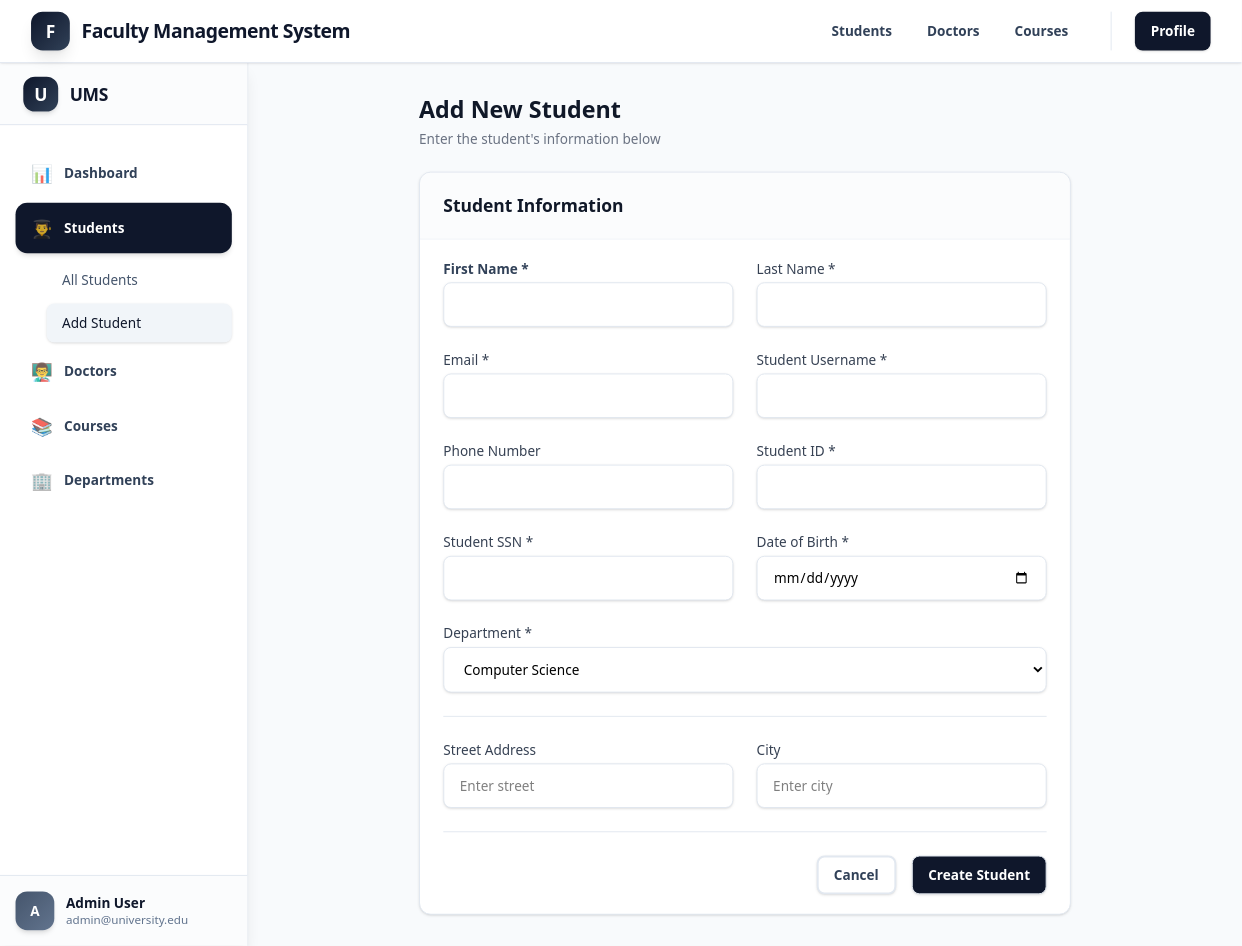
Repository: Mohamedmohsen179/Advanced-DB-Task
Page: /students/new (app in frontend/)
An editor plug-in stored every save of this project. The page is shown before and after a run of saves, followed by the edit.
The browser window is 1280 px wide. The pictures show the whole page, at 97% of full size.
The project was rebuilt for these pictures with package versions that can differ from the ones it lists, and the page was loaded fresh each time. The framework's server and built-in components were replaced by stand-ins that run in the browser. Settings that the repository does not hold, such as keys and server addresses, were given made-up values. Also part of the build but not shown: frontend/next.config.ts.

Above is the page before, as saved 2025-11-28 19:45:38.

### frontend/app/layout.tsx
import type { Metadata } from "next";
import { Geist, Geist_Mono } from "next/font/google";
import "./globals.css";
import MainLayout from "../components/layout/MainLayout";

const geistSans = Geist({
  variable: "--font-geist-sans",
  subsets: ["latin"],
});

const geistMono = Geist_Mono({
  variable: "--font-geist-mono",
  subsets: ["latin"],
});

export const metadata: Metadata = {
  title: "University Management System",
  description: "A comprehensive university management system built with Next.js and TypeScript",
};

export default function RootLayout({
  children,
}: Readonly<{
  children: React.ReactNode;
}>) {
  return (
    <html lang="en">
      <body
        className={`${geistSans.variable} ${geistMono.variable} antialiased`}
      >
        <MainLayout>{children}</MainLayout>
      </body>
    </html>
  );
}

### frontend/app/students/new/page.tsx
'use client';

import { useState } from 'react';
import { useRouter } from 'next/navigation';
import { CreateStudentRequest } from '../../../types';
import { apiService } from '../../../services/api';
import { Card, CardContent, CardHeader } from '../../../components/ui/Card';
import Button from '../../../components/ui/Button';

export default function NewStudentPage() {
  const router = useRouter();
  const [loading, setLoading] = useState(false);
  const [error, setError] = useState<string | null>(null);

  const [formData, setFormData] = useState<CreateStudentRequest>({
    firstName: '',
    lastName: '',
    email: '',
    phoneNumber: '',
    dateOfBirth: '',
    studentId: '',
    departmentId: '1', // Default to first department
    address: {
      street: '',
      city: '',
      state: '',
      zipCode: '',
      country: 'USA',
    },
  });

  const handleInputChange = (e: React.ChangeEvent<HTMLInputElement | HTMLSelectElement>) => {
    const { name, value } = e.target;

    if (name.startsWith('address.')) {
      const addressField = name.split('.')[1];
      setFormData(prev => ({
        ...prev,
        address: {
          ...prev.address,
          [addressField]: value,
        },
      }));
    } else {
      setFormData(prev => ({
        ...prev,
        [name]: value,
      }));
    }
  };

  const handleSubmit = async (e: React.FormEvent) => {
    e.preventDefault();
    setLoading(true);
    setError(null);

    try {
      const response = await apiService.createStudent(formData);

      if (response.success) {
        router.push('/students');
      } else {
        setError('Failed to create student');
      }
    } catch (err) {
      setError('An error occurred while creating the student');
      console.error('Error creating student:', err);
    } finally {
      setLoading(false);
    }
  };

  return (
    <div className="max-w-2xl mx-auto">
      <div className="mb-6">
        <h1 className="text-2xl font-bold text-gray-900">Add New Student</h1>
        <p className="mt-1 text-sm text-gray-500">
          Enter the student&apos;s information below
        </p>
      </div>

      {error && (
        <div className="mb-6 bg-red-50 border border-red-200 rounded-md p-4">
          <div className="flex">
            <div className="flex-shrink-0">
              <svg className="h-5 w-5 text-red-400" viewBox="0 0 20 20" fill="currentColor">
                <path fillRule="evenodd" d="M10 18a8 8 0 100-16 8 8 0 000 16zM8.707 7.293a1 1 0 00-1.414 1.414L8.586 10l-1.293 1.293a1 1 0 101.414 1.414L10 11.414l1.293 1.293a1 1 0 001.414-1.414L11.414 10l1.293-1.293a1 1 0 00-1.414-1.414L10 8.586 8.707 7.293z" clipRule="evenodd" />
              </svg>
            </div>
            <div className="ml-3">
              <h3 className="text-sm font-medium text-red-800">Error</h3>
              <div className="mt-2 text-sm text-red-700">
                <p>{error}</p>
              </div>
            </div>
          </div>
        </div>
      )}

      <Card>
        <CardHeader>
          <h2 className="text-lg font-semibold text-gray-900">Student Information</h2>
        </CardHeader>
        <CardContent>
          <form onSubmit={handleSubmit} className="space-y-6">
            <div className="grid grid-cols-1 md:grid-cols-2 gap-6">
              <div>
                <label htmlFor="firstName" className="block text-sm font-semibold text-slate-700">
                  First Name *
                </label>
                <input
                  type="text"
                  id="firstName"
                  name="firstName"
                  required
                  value={formData.firstName}
                  onChange={handleInputChange}
                  className="text-black mt-1 block w-full border border-slate-300 rounded-lg px-4 py-3 text-sm focus:outline-none focus:ring-2 focus:ring-slate-500 focus:border-slate-500 transition-all duration-200 bg-white shadow-sm"
                />
              </div>

              <div>
                <label htmlFor="lastName" className="block text-sm font-medium text-gray-700">
                  Last Name *
                </label>
                <input
                  type="text"
                  id="lastName"
                  name="lastName"
                  required
                  value={formData.lastName}
                  onChange={handleInputChange}
                  className="text-black mt-1 block w-full border border-slate-300 rounded-lg px-4 py-3 text-sm focus:outline-none focus:ring-2 focus:ring-slate-500 focus:border-slate-500 transition-all duration-200 bg-white shadow-sm"
                />
              </div>

              <div>
                <label htmlFor="email" className="block text-sm font-medium text-gray-700">
                  Email *
                </label>
                <input
                  type="email"
                  id="email"
                  name="email"
                  required
                  value={formData.email}
                  onChange={handleInputChange}
                  className="text-black mt-1 block w-full border border-slate-300 rounded-lg px-4 py-3 text-sm focus:outline-none focus:ring-2 focus:ring-slate-500 focus:border-slate-500 transition-all duration-200 bg-white shadow-sm"
                />
              </div>

              <div>
                <label
                  htmlFor="studentUsername"
                  className="block text-sm font-medium text-gray-700"
                >
                  Student Username *
                </label>
                <input
                  type="text"
                  id="studentUsername"
                  name="studentUsername"
                  required
                  value={formData.username}
                  onChange={handleInputChange}
                  className="text-black mt-1 block w-full border border-slate-300 rounded-lg px-4 py-3 text-sm
           focus:outline-none focus:ring-2 focus:ring-slate-500 focus:border-slate-500
           transition-all duration-200 bg-white shadow-sm"
                />
              </div>


              <div>
                <label htmlFor="phoneNumber" className="block text-sm font-medium text-gray-700">
                  Phone Number
                </label>
                <input
                  type="tel"
                  id="phoneNumber"
                  name="phoneNumber"
                  value={formData.phoneNumber}
                  onChange={handleInputChange}
                  className="text-black mt-1 block w-full border border-slate-300 rounded-lg px-4 py-3 text-sm focus:outline-none focus:ring-2 focus:ring-slate-500 focus:border-slate-500 transition-all duration-200 bg-white shadow-sm"
                />
              </div>

              <div>
                <label htmlFor="studentId" className="block text-sm font-medium text-gray-700">
                  Student ID *
                </label>
                <input
                  type="text"
                  id="studentId"
                  name="studentId"
                  required
                  value={formData.studentId}
                  onChange={handleInputChange}
                  className="text-black mt-1 block w-full border border-slate-300 rounded-lg px-4 py-3 text-sm focus:outline-none focus:ring-2 focus:ring-slate-500 focus:border-slate-500 transition-all duration-200 bg-white shadow-sm"
                />
              </div>


              <div>
                <label htmlFor="studentSsn" className="block text-sm font-medium text-gray-700">
                  Student SSN *
                </label>
                <input
                  type="text"
                  id="studentSsn"
                  name="studentSsn"
                  required
                  value={formData.ssn}
                  onChange={handleInputChange}
                  className="text-black mt-1 block w-full border border-slate-300 rounded-lg px-4 py-3 text-sm focus:outline-none focus:ring-2 focus:ring-slate-500 focus:border-slate-500 transition-all duration-200 bg-white shadow-sm"
                />
              </div>

              <div>
                <label htmlFor="dateOfBirth" className="block text-sm font-medium text-gray-700">
                  Date of Birth *
                </label>
                <input
                  type="date"
                  id="dateOfBirth"
                  name="dateOfBirth"
                  required
                  value={formData.dateOfBirth}
                  onChange={handleInputChange}
                  className="text-black mt-1 block w-full border border-slate-300 rounded-lg px-4 py-3 text-sm focus:outline-none focus:ring-2 focus:ring-slate-500 focus:border-slate-500 transition-all duration-200 bg-white shadow-sm"
                />
              </div>

              <div className="md:col-span-2">
                <label htmlFor="departmentId" className="block text-sm font-medium text-gray-700">
                  Department *
                </label>
                <select
                  id="departmentId"
                  name="departmentId"
                  required
                  value={formData.departmentId}
                  onChange={handleInputChange}
                  className="text-black mt-1 block w-full border border-slate-300 rounded-lg px-4 py-3 text-sm focus:outline-none focus:ring-2 focus:ring-slate-500 focus:border-slate-500 transition-all duration-200 bg-white shadow-sm"
                >
                  <option value="1">Computer Science</option>
                  <option value="2">Mathematics</option>
                </select>
              </div>
            </div>

            <div className="border-t border-gray-200 pt-6">

              <div className="grid grid-cols-1 md:grid-cols-2 gap-6">
                <div>
                  <label
                    htmlFor="address.street"
                    className="block text-sm font-medium text-gray-700"
                  >
                    Street Address
                  </label>
                  <input
                    type="text"
                    id="address.street"
                    name="address.street"
                    value={formData.address?.street || ""}
                    onChange={handleInputChange}
                    placeholder="Enter street"
                    className="text-black mt-1 block w-full border border-slate-300 rounded-lg px-4 py-3 text-sm
        focus:outline-none focus:ring-2 focus:ring-slate-500 focus:border-slate-500
        transition-all duration-200 bg-white shadow-sm"
                  />
                </div>

                {/* City */}
                <div>
                  <label
                    htmlFor="address.city"
                    className="block text-sm font-medium text-gray-700"
                  >
                    City
                  </label>
                  <input
                    type="text"
                    id="address.city"
                    name="address.city"
                    value={formData.address?.city || ""}
                    onChange={handleInputChange}
                    placeholder="Enter city"
                    className="text-black mt-1 block w-full border border-slate-300 rounded-lg px-4 py-3 text-sm
        focus:outline-none focus:ring-2 focus:ring-slate-500 focus:border-slate-500
        transition-all duration-200 bg-white shadow-sm"
                  />
                </div>
              </div>
            </div>


            <div className="flex justify-end space-x-4 pt-6 border-t border-gray-200">
              <Button
                type="button"
                variant="outline"
                onClick={() => router.back()}
              >
                Cancel
              </Button>
              <Button
                type="submit"
                loading={loading}
              >
                Create Student
              </Button>
            </div>
          </form>
        </CardContent>
      </Card>
    </div>
  );
}

### frontend/app/globals.css
@import "tailwindcss";

:root {
  --background: #fafafa;
  --foreground: #0f172a;
  --primary: #2563eb;
  --primary-foreground: #ffffff;
  --secondary: #f1f5f9;
  --secondary-foreground: #334155;
  --muted: #f8fafc;
  --muted-foreground: #64748b;
  --accent: #f1f5f9;
  --accent-foreground: #0f172a;
  --border: #e2e8f0;
  --input: #ffffff;
  --ring: #2563eb;
  --radius: 0.5rem;
}

@theme inline {
  --color-background: var(--background);
  --color-foreground: var(--foreground);
  --font-sans: var(--font-geist-sans);
  --font-mono: var(--font-geist-mono);
}

@media (prefers-color-scheme: dark) {
  :root {
    --background: #020617;
    --foreground: #f8fafc;
    --primary: #3b82f6;
    --primary-foreground: #f8fafc;
    --secondary: #1e293b;
    --secondary-foreground: #f8fafc;
    --muted: #1e293b;
    --muted-foreground: #94a3b8;
    --accent: #1e293b;
    --accent-foreground: #f8fafc;
    --border: #334155;
    --input: #1e293b;
    --ring: #3b82f6;
  }
}

* {
  border-color: var(--border);
}

body {
  background: var(--background);
  color: var(--foreground);
  font-family: var(--font-sans), system-ui, -apple-system, sans-serif;
  line-height: 1.6;
  -webkit-font-smoothing: antialiased;
  -moz-osx-font-smoothing: grayscale;
}

/* Professional scrollbar */
::-webkit-scrollbar {
  width: 8px;
  height: 8px;
}

::-webkit-scrollbar-track {
  background: var(--muted);
}

::-webkit-scrollbar-thumb {
  background: var(--muted-foreground);
  border-radius: 4px;
}

::-webkit-scrollbar-thumb:hover {
  background: var(--foreground);
}

/* Focus styles */
.focus-visible {
  outline: 2px solid var(--ring);
  outline-offset: 2px;
}

/* Professional shadows */
.shadow-professional {
  box-shadow: 0 1px 3px 0 rgb(0 0 0 / 0.1), 0 1px 2px -1px rgb(0 0 0 / 0.1);
}

.shadow-professional-lg {
  box-shadow: 0 10px 15px -3px rgb(0 0 0 / 0.1), 0 4px 6px -4px rgb(0 0 0 / 0.1);
}

### frontend/components/layout/MainLayout.tsx
'use client';

import { useState } from 'react';
import Navbar from './Navbar';
import Sidebar from './Sidebar';

interface MainLayoutProps {
  children: React.ReactNode;
}

export default function MainLayout({ children }: MainLayoutProps) {
  const [sidebarOpen, setSidebarOpen] = useState(false);

  return (
    <div className="min-h-screen bg-slate-50">
      {/* Navbar */}
      <Navbar />

      <div className="flex">
        {/* Sidebar */}
        <Sidebar
          isOpen={sidebarOpen}
          onClose={() => setSidebarOpen(false)}
        />

        {/* Main Content */}
        <div className="flex-1 lg:ml-0">
          {/* Mobile sidebar toggle */}
          <div className="lg:hidden">
            <button
              onClick={() => setSidebarOpen(true)}
              className="fixed top-20 left-4 z-10 bg-white p-3 rounded-xl shadow-professional border border-slate-200 hover:shadow-professional-lg transition-all duration-200"
            >
              <svg className="w-5 h-5 text-slate-600" fill="none" stroke="currentColor" viewBox="0 0 24 24">
                <path strokeLinecap="round" strokeLinejoin="round" strokeWidth={2} d="M4 6h16M4 12h16M4 18h16" />
              </svg>
            </button>
          </div>

          {/* Page Content */}
          <main className="p-6 lg:p-8">
            <div className="max-w-7xl mx-auto">
              {children}
            </div>
          </main>
        </div>
      </div>
    </div>
  );
}

### frontend/components/ui/Card.tsx
import { HTMLAttributes, forwardRef } from 'react';

interface CardProps extends HTMLAttributes<HTMLDivElement> {
  children: React.ReactNode;
}

const Card = forwardRef<HTMLDivElement, CardProps>(
  ({ className = '', children, ...props }, ref) => {
    return (
      <div
        ref={ref}
        className={`bg-white rounded-xl border border-slate-200 shadow-professional hover:shadow-professional-lg transition-shadow duration-200 ${className}`}
        {...props}
      >
        {children}
      </div>
    );
  }
);

Card.displayName = 'Card';

interface CardHeaderProps extends HTMLAttributes<HTMLDivElement> {
  children: React.ReactNode;
}

const CardHeader = forwardRef<HTMLDivElement, CardHeaderProps>(
  ({ className = '', children, ...props }, ref) => {
    return (
      <div
        ref={ref}
        className={`px-6 py-5 border-b border-slate-200 bg-slate-50/50 rounded-t-xl ${className}`}
        {...props}
      >
        {children}
      </div>
    );
  }
);

CardHeader.displayName = 'CardHeader';

interface CardContentProps extends HTMLAttributes<HTMLDivElement> {
  children: React.ReactNode;
}

const CardContent = forwardRef<HTMLDivElement, CardContentProps>(
  ({ className = '', children, ...props }, ref) => {
    return (
      <div
        ref={ref}
        className={`px-6 py-5 ${className}`}
        {...props}
      >
        {children}
      </div>
    );
  }
);

CardContent.displayName = 'CardContent';

interface CardFooterProps extends HTMLAttributes<HTMLDivElement> {
  children: React.ReactNode;
}

const CardFooter = forwardRef<HTMLDivElement, CardFooterProps>(
  ({ className = '', children, ...props }, ref) => {
    return (
      <div
        ref={ref}
        className={`px-6 py-5 border-t border-slate-200 bg-slate-50 rounded-b-xl ${className}`}
        {...props}
      >
        {children}
      </div>
    );
  }
);

CardFooter.displayName = 'CardFooter';

export { Card, CardHeader, CardContent, CardFooter };

Loaded but not shown: frontend/services/api.ts (539 lines, source omitted); frontend/components/layout/Sidebar.tsx (158 lines, source omitted); frontend/components/layout/Navbar.tsx (102 lines, source omitted); frontend/components/ui/Button.tsx (47 lines, source omitted)

After the next 2 saves:
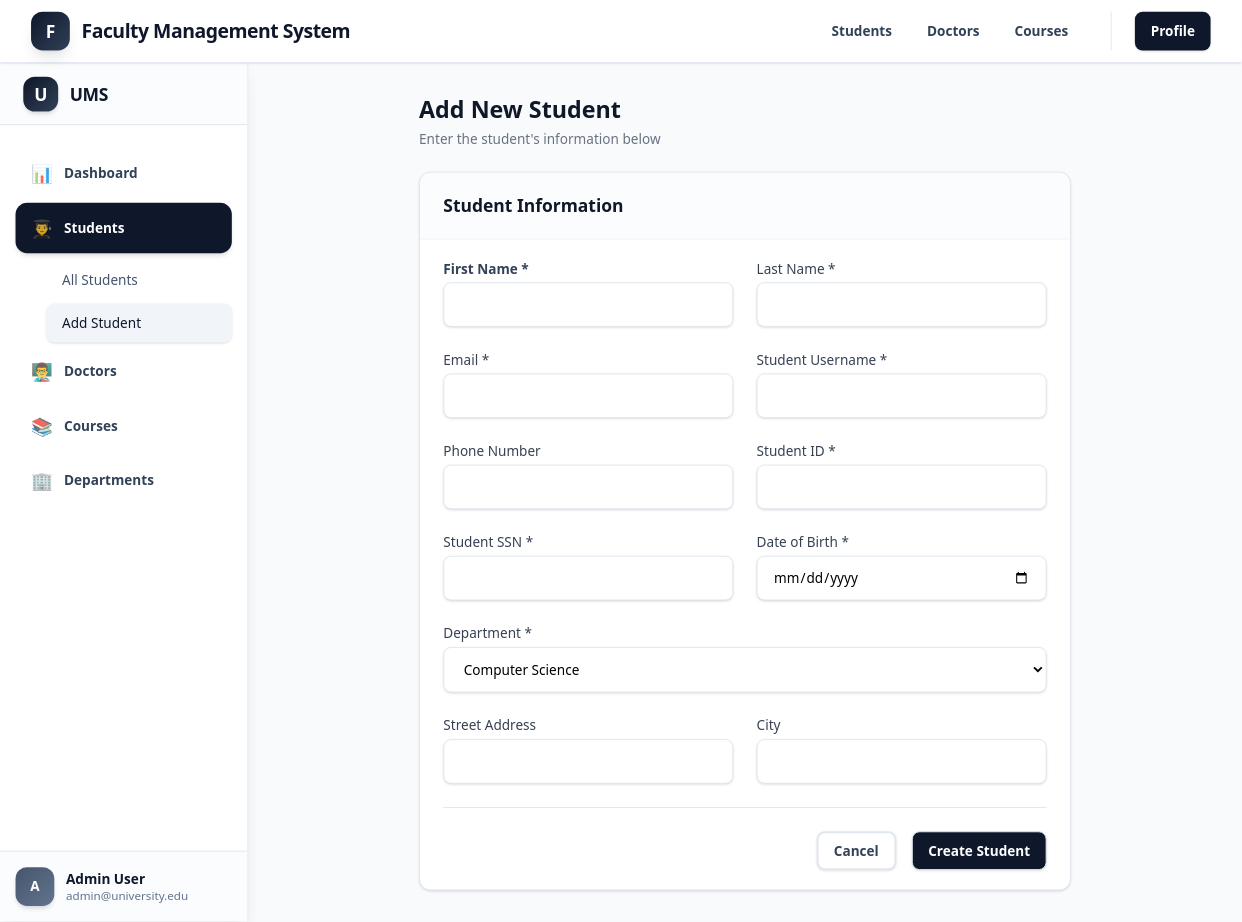
The 2 saves are shown as one change because 1 did not build or start.
The last was saved 27 s later.
--- a/frontend/app/students/new/page.tsx
+++ b/frontend/app/students/new/page.tsx
@@ -248,49 +248,45 @@ export default function NewStudentPage() {
               </div>
             </div>
 
-            <div className="border-t border-gray-200 pt-6">
-
-              <div className="grid grid-cols-1 md:grid-cols-2 gap-6">
-                <div>
-                  <label
-                    htmlFor="address.street"
-                    className="block text-sm font-medium text-gray-700"
-                  >
-                    Street Address
-                  </label>
-                  <input
-                    type="text"
-                    id="address.street"
-                    name="address.street"
-                    value={formData.address?.street || ""}
-                    onChange={handleInputChange}
-                    placeholder="Enter street"
-                    className="text-black mt-1 block w-full border border-slate-300 rounded-lg px-4 py-3 text-sm
+
+            <div className="grid grid-cols-1 md:grid-cols-2 gap-6">
+              <div>
+                <label
+                  htmlFor="address.street"
+                  className="block text-sm font-medium text-gray-700"
+                >
+                  Street Address
+                </label>
+                <input
+                  type="text"
+                  id="address.street"
+                  name="address.street"
+                  value={formData.address?.street || ""}
+                  onChange={handleInputChange}
+                  className="text-black mt-1 block w-full border border-slate-300 rounded-lg px-4 py-3 text-sm
         focus:outline-none focus:ring-2 focus:ring-slate-500 focus:border-slate-500
         transition-all duration-200 bg-white shadow-sm"
-                  />
-                </div>
-
-                {/* City */}
-                <div>
-                  <label
-                    htmlFor="address.city"
-                    className="block text-sm font-medium text-gray-700"
-                  >
-                    City
-                  </label>
-                  <input
-                    type="text"
-                    id="address.city"
-                    name="address.city"
-                    value={formData.address?.city || ""}
-                    onChange={handleInputChange}
-                    placeholder="Enter city"
-                    className="text-black mt-1 block w-full border border-slate-300 rounded-lg px-4 py-3 text-sm
+                />
+              </div>
+
+              {/* City */}
+              <div>
+                <label
+                  htmlFor="address.city"
+                  className="block text-sm font-medium text-gray-700"
+                >
+                  City
+                </label>
+                <input
+                  type="text"
+                  id="address.city"
+                  name="address.city"
+                  value={formData.address?.city || ""}
+                  onChange={handleInputChange}
+                  className="text-black mt-1 block w-full border border-slate-300 rounded-lg px-4 py-3 text-sm
         focus:outline-none focus:ring-2 focus:ring-slate-500 focus:border-slate-500
         transition-all duration-200 bg-white shadow-sm"
-                  />
-                </div>
+                />
               </div>
             </div>
 
@@ -313,6 +309,6 @@ export default function NewStudentPage() {
           </form>
         </CardContent>
       </Card>
-    </div>
+    </div >
   );
 }
